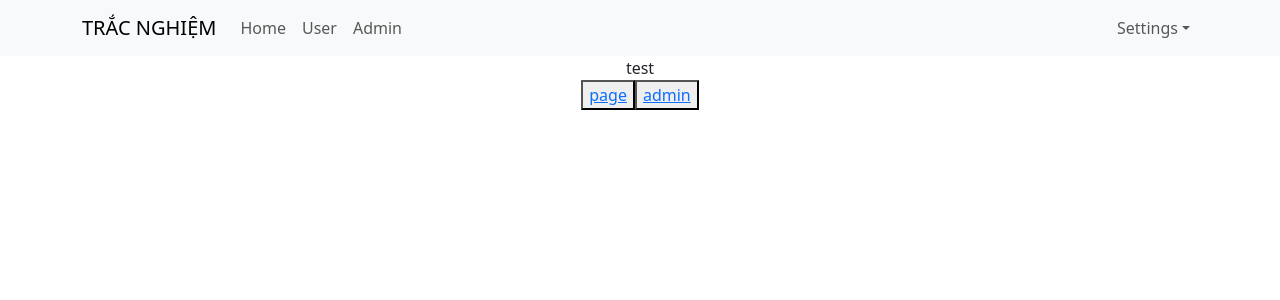
Repository: bichtram-1/webTN
Page: /
An editor plug-in stored every save of this project. The page is shown before and after the next save, followed by the edit.
The browser window is 1280 px wide. The pictures show the whole page.
The project was rebuilt for these pictures with package versions that can differ from the ones it lists, and the page was loaded fresh each time. Also part of the build but not shown: src/components/User/User.js, src/components/Admin/Admin.js.

Above is the page before, as saved 2025-08-17 21:08:09.

After the next save:
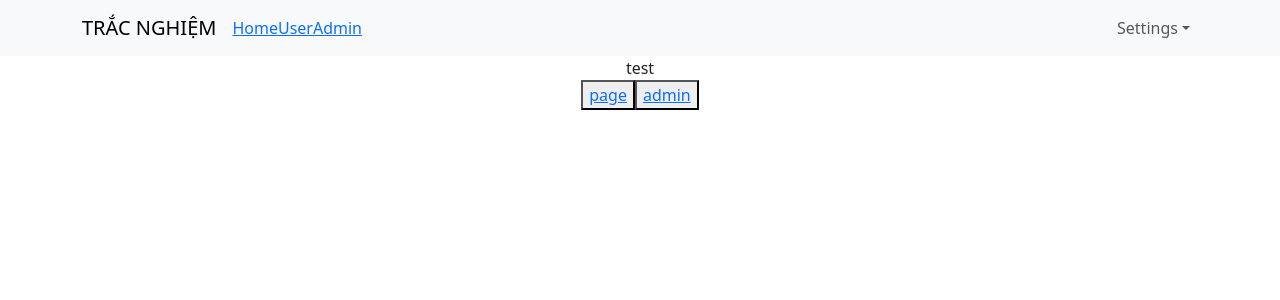
Saved 97 s later.
--- a/src/components/Header/Header.js
+++ b/src/components/Header/Header.js
@@ -2,6 +2,8 @@
 import Nav from 'react-bootstrap/Nav';
 import Navbar from 'react-bootstrap/Navbar';
 import NavDropdown from 'react-bootstrap/NavDropdown';
+import { Link } from 'react-router-dom';
+
 
 const Header= () =>{
   return (
@@ -11,9 +13,15 @@
         <Navbar.Toggle aria-controls="basic-navbar-nav" />
         <Navbar.Collapse id="basic-navbar-nav">
           <Nav className="me-auto">
-            <Nav.Link href="/">Home</Nav.Link>
+
+            <Link to='/'>Home</Link>
+            <Link to='/users'>User</Link>
+            <Link to='/admins'>Admin</Link>
+
+
+            {/* <Nav.Link href="/">Home</Nav.Link>
             <Nav.Link href="/users">User </Nav.Link>
-            <Nav.Link href="/admins">Admin</Nav.Link>
+            <Nav.Link href="/admins">Admin</Nav.Link> */}
 
 
           </Nav>

After the save that followed:
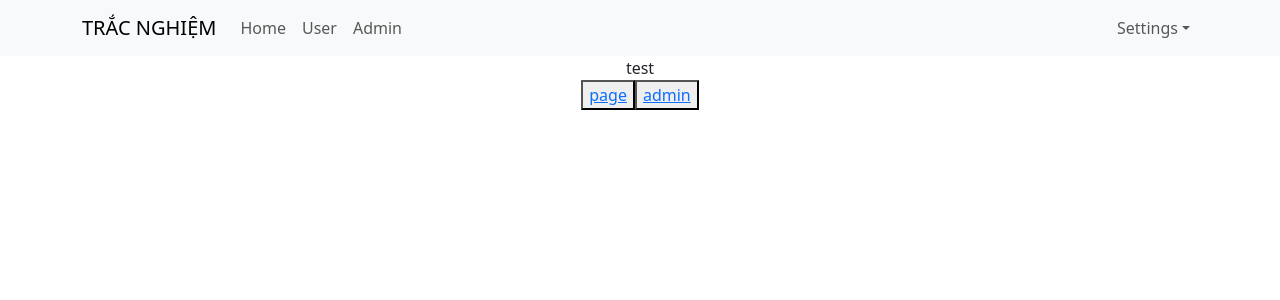
Saved 5 min 15 s later.
--- a/src/components/Header/Header.js
+++ b/src/components/Header/Header.js
@@ -14,9 +14,9 @@
         <Navbar.Collapse id="basic-navbar-nav">
           <Nav className="me-auto">
 
-            <Link to='/'>Home</Link>
-            <Link to='/users'>User</Link>
-            <Link to='/admins'>Admin</Link>
+            <Link to='/' className='nav-link'>Home</Link>
+            <Link to='/users' className='nav-link'>User</Link>
+            <Link to='/admins' className='nav-link'>Admin</Link>
 
 
             {/* <Nav.Link href="/">Home</Nav.Link>
